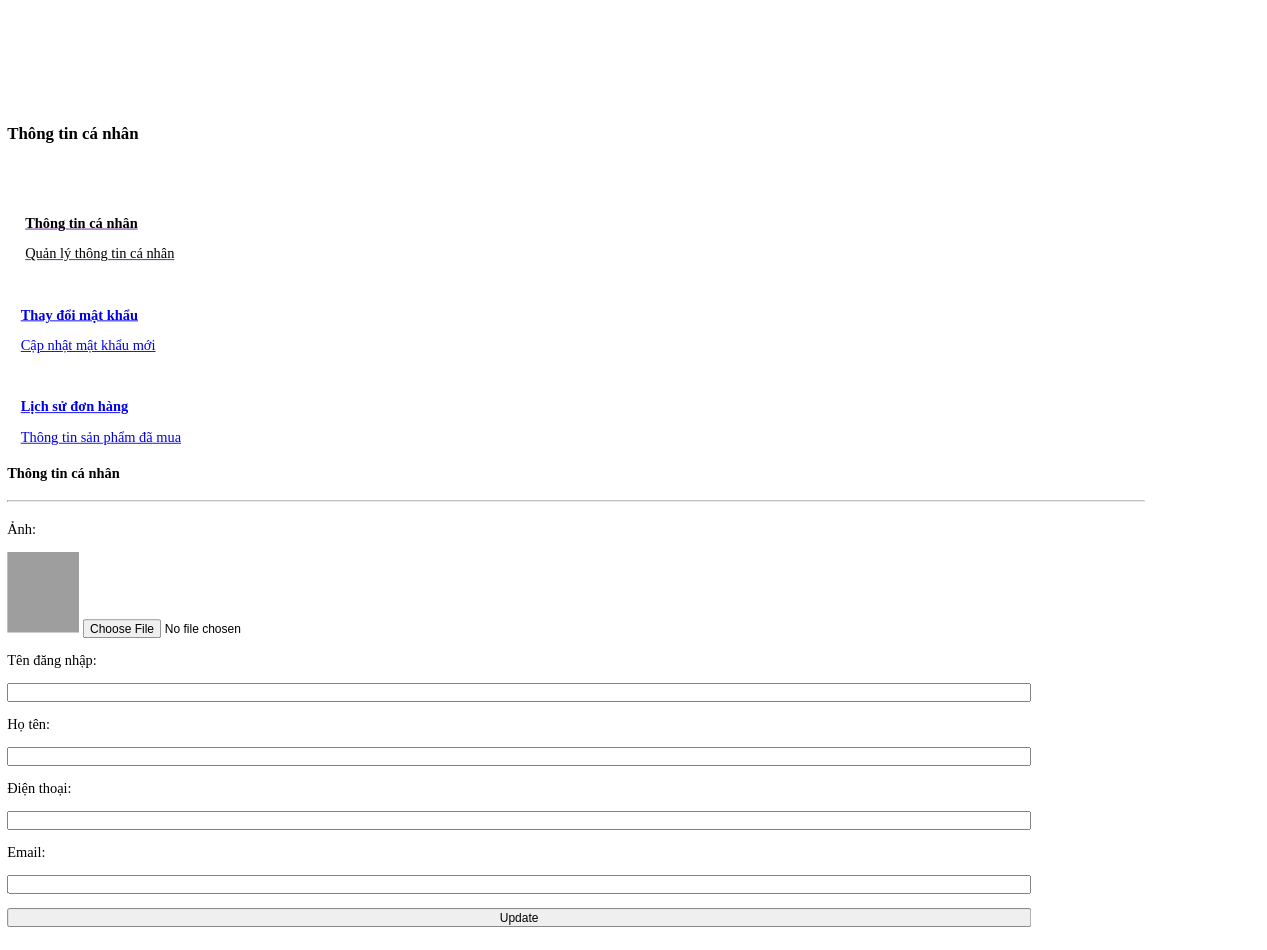
Repository: nguyengiabao245/NHOM3_C2
Page: http://localhost/DoAnJava/WEB-INF/views/account/edit.jsp
These files come from the project's save history. The page is drawn as it stood at one moment and after the next save; the edit follows.
The browser window is 1280 px wide. The page is 1408 px wide, so the pictures cover 1408 px, including what lies to the right of the window. The pictures show the whole page, at 90% of full size.
Pictures or frames that could not be fetched are drawn as grey boxes. The page is served by Tomcat 9. Nobody is signed in. Other server files are loaded and not shown. The template is opened directly, without the code that normally fills it, so the values that code supplies are empty.

Above is the page before, as saved 2022-05-16 05:38:18.

### DoAnJava/src/main/webapp/WEB-INF/views/account/edit.jsp
<%@ page pageEncoding="utf-8"%>
<%@ taglib uri="http://www.springframework.org/tags/form" prefix="form"%>
<%@ taglib uri="http://www.springframework.org/tags" prefix="s"%>

<div class="container" style="margin-bottom: 25px;margin-top: 100px">
	<br>


	<h3 class="title" style="font-weight: 700">Thông tin cá nhân</h3>
	<br>


	<div class="row">
		<div class="col-sm-4">
			<div class="quan-li-thong-tin">
				<li class="nav-item2 active" style="list-style-type: none;"><a
					class="nav-link collapsed" href="" ata-toggle="collapse"
					id="i">
						<div class="row">
							<div class="col-sm-2">
								<i class="fas fa-info-circle" style="font-size: 30px; padding: 12px 5px; color: black;"></i>
							</div>
							<div class="col-sm-10" style="padding: 0px 15px;">
								<span> <b>Thông tin cá nhân</b>
									<p>Quản lý thông tin cá nhân</p>
								</span>
							</div>
						</div>
				</a></li>
			</div>
			<li class="nav-item2" style="list-style-type: none;">
				<a class="nav-link collapsed" href="/account/change" data-toggle="collapse" data-target="#collapseNews" aria-expanded="true" aria-controls="collapseNews">
					<div class="row">
						<div class="col-sm-2">
							<i class="fas fa-key"
								style="font-size: 30px; padding: 12px 5px; color: rgb(255, 208, 0);"></i>
						</div>
						<div class="col-sm-10" style="padding: 0px 15px;">
							<span> <b>Thay đổi mật khẩu</b>
								<p>Cập nhật mật khẩu mới</p>
							</span>
						</div>
					</div>
				</a>
			</li>
			<li class="nav-item2" style="list-style-type: none;"><a
				class="nav-link collapsed" href="/order/list"
				data-target="#collapseTwo" aria-expanded="true"
				aria-controls="collapseTwo">
					<div class="row">
						<div class="col-sm-2">
							<i class="fas fa-shopping-cart"
								style="font-size: 30px; padding: 12px 5px; color: brown;"></i>
						</div>
						<div class="col-sm-10" style="padding: 0px 15px;">
							<span> <b>Lịch sử đơn hàng</b>
								<p>Thông tin sản phẩm đã mua</p>
							</span>
						</div>
					</div>
			</a>
		</li>

		</div>





<!--  -->
		<div class="col-sm-8">
			<div class="ct1">
				<div>
					<div class="panel-heading">
                                <h4 class="panel-title">Thông tin cá nhân</h4>
                            </div>
					<hr>
					<form:form action="/account/edit" modelAttribute="form" enctype="multipart/form-data">
					<h4 class="label label-danger">${message}</h4>
						<div class="row">
							<div class="col-sm-4">
								<p>Ảnh:</p>
							</div>
							<div class="col-sm-8">
								<p>
									<img src="/static/images/customers/${form.photo}"
										style="width: 80px; height: 90px;" /> <input type="file"
										name="photo_file" />
									<form:hidden path="photo" class="form-control" />
								</p>
							</div>
						</div>
						<div class="row">
							<div class="col-sm-4">
								<p>Tên đăng nhập:</p>
							</div>
							<div class="col-sm-8">
								<p>
									<form:input style="width: 90%;" path="id" class="form-control" readonly="true" />
								</p>
							</div>
						</div>
						<div class="row">
							<div class="col-sm-4">
								<p>Họ tên:</p>
							</div>
							<div class="col-sm-8">
								<p>
									<form:input style="width: 90%;" path="fullname" class="form-control" required="required" pattern=".{6,}" title="Họ tên phải từ 6 ký tự trở lên"/>
								</p>
							</div>
						</div>
						<div class="row">
							<div class="col-sm-4">
								<p>Điện thoại:</p>
							</div>
							<div class="col-sm-8">
								<p>
									<form:input style="width: 90%;" path="telephone" class="form-control" required="required" pattern=".{10,}" title="Số điện thoại gồm 10 số "/>
								</p>
							</div>
						</div>
						<div class="row">
							<div class="col-sm-4">
								<p>Email:</p>
							</div>
							<div class="col-sm-8">
								<p>
									<form:input style="width: 90%;" path="email" class="form-control" required="required" pattern="[a-z0-9._%+-]+@[a-z0-9.-]+\.[a-z]{2,}$" title="Email không hợp lệ"/>
								</p>
							</div>
						</div>
						<div class="row">
							<div class="col-sm-4"></div>
							<div class="col-sm-8">
								<form:hidden path="password" />
								<form:hidden path="activated" />
								<form:hidden path="admin" />
								<button class="userauth__btn" style="width: 90%;">Update</button>
							</div>
						</div>
					</form:form>
				</div>
			</div>
		</div>
	</div>
</div>






<style>
.dang-nhap {
	background-color: white;
	padding: 30px 120px;
	margin: 0 auto;
	width: 60%;
}

.quan-li-thong-tin .active {
	background-color: white;
	width: 110%;
	padding: 10px 5px 0px;
	border-radius: 5px;
}

.gach {
	background-color: blue;
	width: 100px;
}

.quan-li-thong-tin .active span {
	color: black;
}
</style>

After the next save:
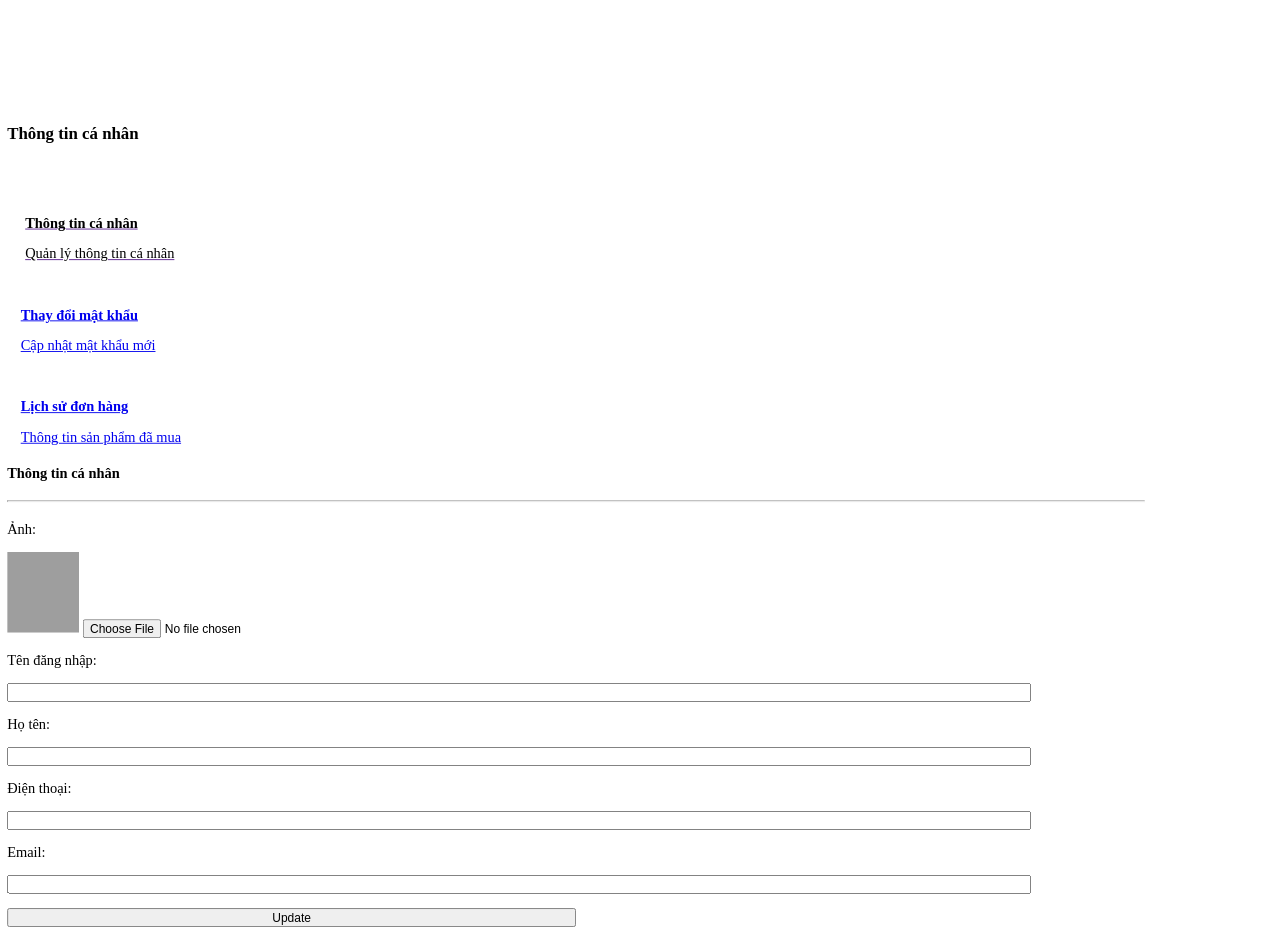
Saved 106 s later.
--- a/DoAnJava/src/main/webapp/WEB-INF/views/account/edit.jsp
+++ b/DoAnJava/src/main/webapp/WEB-INF/views/account/edit.jsp
@@ -136,7 +136,7 @@
 								<form:hidden path="password" />
 								<form:hidden path="activated" />
 								<form:hidden path="admin" />
-								<button class="userauth__btn" style="width: 90%;">Update</button>
+								<button class="userauth__btn" style="width: 50%;">Update</button>
 							</div>
 						</div>
 					</form:form>
